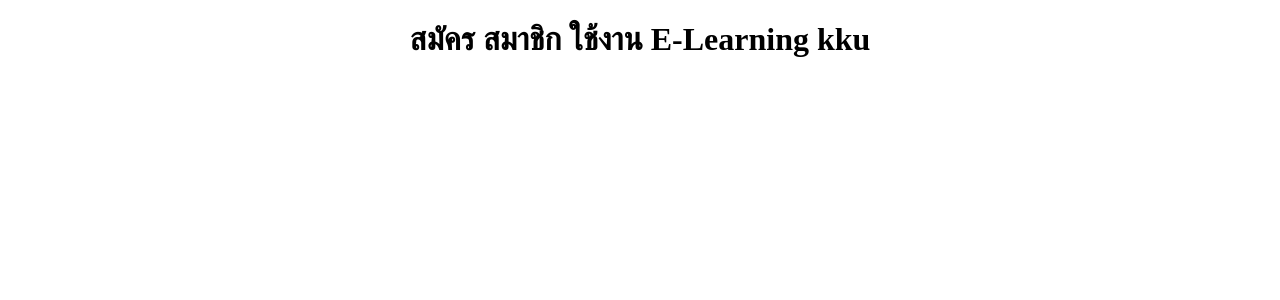
Repository: Wanaratkhamla/LabJavaWeb
Page: http://localhost/TestJoinTable/Register.jsp
The author's editor kept a copy of each file at every save. The page is drawn from the files as they stood at one save, then again after the next save.
The browser window is 1280 px wide. The pictures show the whole page.
The page is served by Tomcat 9. Other server files are loaded and not shown.

Above is the page before, as saved 2017-02-28 18:23:08.

### TestJoinTable/WebContent/Register.jsp
<%@ page contentType="text/html; charset=utf-8" pageEncoding="utf-8"%>
<!DOCTYPE html PUBLIC "-//W3C//DTD HTML 4.01 Transitional//EN" "http://www.w3.org/TR/html4/loose.dtd">
<html>
<head>
<meta http-equiv="Content-Type" content="text/html; charset=ISO-8859-1">
<title>Insert title here</title>
</head>
<body>
	<h1 align="center">สมัคร สมาชิก ใช้งาน E-Learning kku</h1>
	<div align="center">
	<form action="Register" id="myform">

	</form>
	</div>
	<script>
		function myFunction() {
			document.getElementById("myForm").reset();
		}
	</script>
</body>
</html>

After the next save:
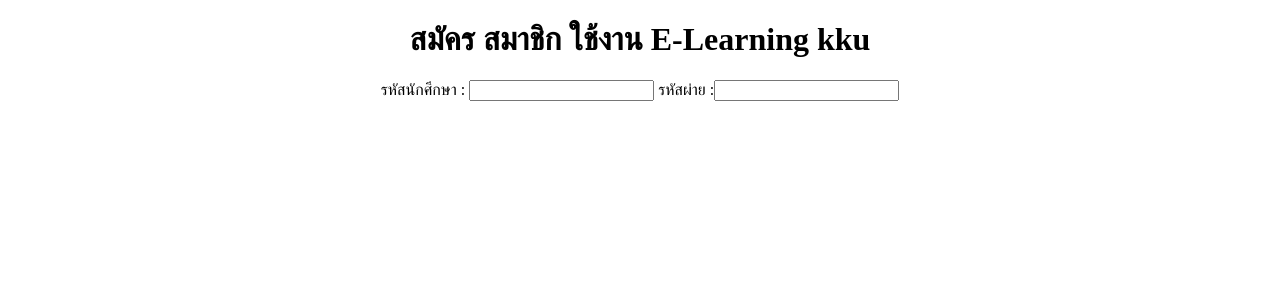
Saved 52 s later.
--- a/TestJoinTable/WebContent/Register.jsp
+++ b/TestJoinTable/WebContent/Register.jsp
@@ -9,7 +9,8 @@
 	<h1 align="center">สมัคร สมาชิก ใช้งาน E-Learning kku</h1>
 	<div align="center">
 	<form action="Register" id="myform">
-
+		รหัสนักศึกษา : <input type="text" name="SID">
+		รหัสผ่าย :<input>
 	</form>
 	</div>
 	<script>
